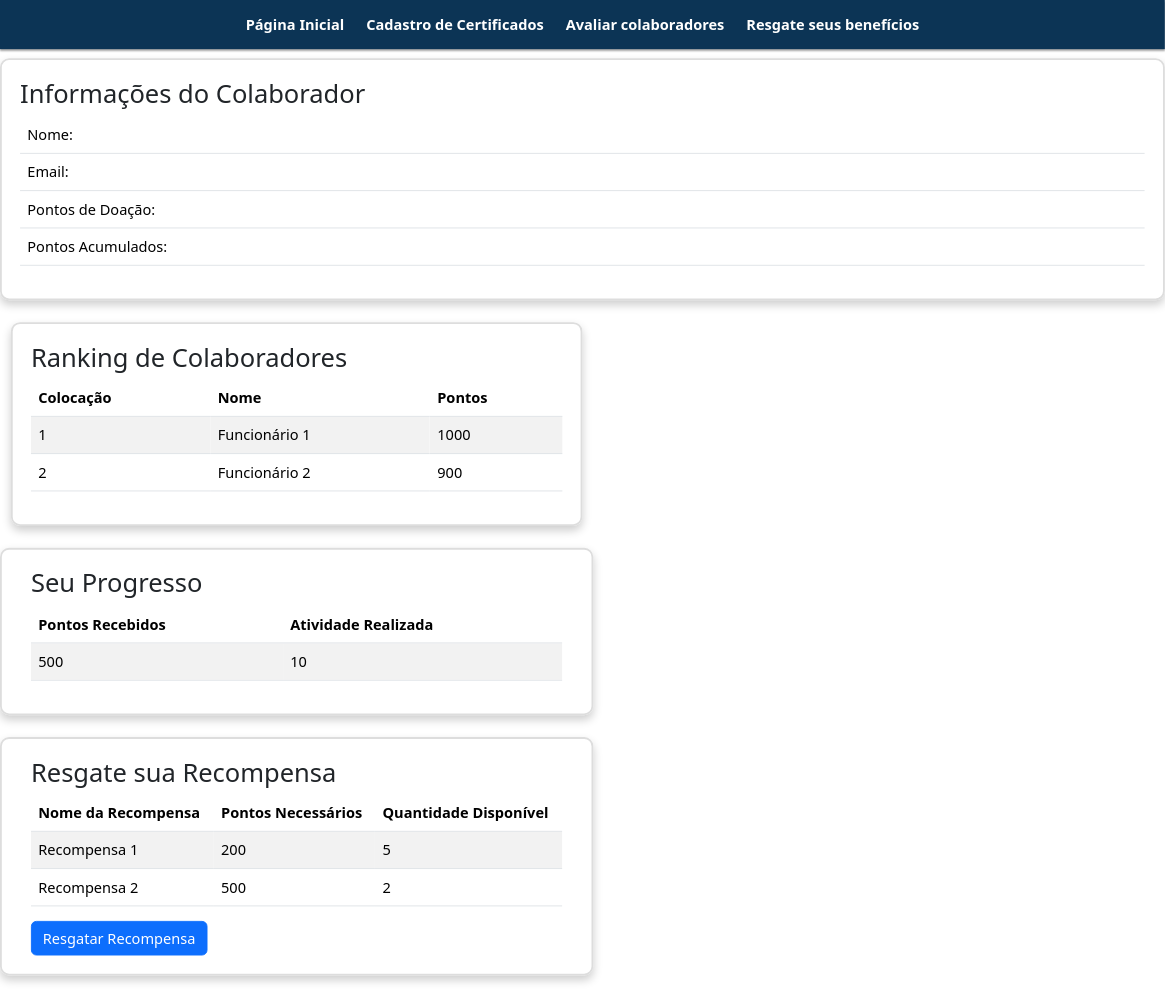
Repository: mumuryllo/ProjetoZupPointsCatalisa5
Page: ZuPointsCatalisa5 Front-End/colaborador.html
The author's editor kept a copy of each file at every save. The page is drawn from the files as they stood at one save, then again after the next save.
The browser window is 1280 px wide. The pictures show the whole page, at 91% of full size.
The page's requests for data from a server got no answer.

Above is the page before, as saved 2023-10-12 17:42:42.

### ZuPointsCatalisa5 Front-End/colaborador.html
<!DOCTYPE html>
<html lang="en">
<head>
    <meta charset="UTF-8">
    <meta name="viewport" content="width=device-width, initial-scale=1.0">
    <title>Página de Funcionários</title>

    <link href="https://cdn.jsdelivr.net/npm/bootstrap@5.3.2/dist/css/bootstrap.min.css" rel="stylesheet"
        integrity="sha384-T3c6CoIi6uLrA9TneNEoa7RxnatzjcDSCmG1MXxSR1GAsXEV/Dwwykc2MPK8M2HN" crossorigin="anonymous">

    <link rel="stylesheet" href="style/nav-bar.css">

    <!-- Custom CSS for Styling -->
    <style>
        .custom-border {
            border: 2px solid #ddd;
            border-radius: 10px;
            padding: 20px;
            box-shadow: 0px 5px 10px rgba(0, 0, 0, 0.2);
        }
        .mb-4 {
            margin-bottom: 2rem;
        }
    </style>
</head>
<body>
    <!-- Cabeçalho -->
    <nav>
        <a href="index.html">Página Inicial</a>
        <a href="./cadastro_certificado.html">Cadastro de Certificados</a>
        <a href="avaliar_colaboradores.html"> Avaliar colaboradores</a>
        <a href="buscarEspecifico.html">Resgate seus benefícios</a>
    </nav>

    <div class="container-fluid">
        <div class="row">
            <!-- Informações do Colaborador -->
            <div class="col-md-12 custom-border mb-4">
                <h3>Informações do Colaborador</h3>
                <div class="table-responsive">
                    <table class="table">
                        <tbody>
                            <tr>
                                <td>Nome:</td>
                            </tr>
                            <tr>
                                <td>Email:</td>
                            </tr>
                            <tr>
                                <td>Pontos de Doação:</td>
                            </tr>
                            <tr>
                                <td>Pontos Acumulados:</td>
                            </tr>
                            <!-- Adicione mais informações conforme necessário -->
                        </tbody>
                    </table>
                </div>
            </div>
        </div>

        <!-- Coluna da esquerda com o ranking -->
        <div class="col-md-6 custom-border mb-4">
            <h3>Ranking de Colaboradores</h3>
            <table class="table table-striped">
                <thead>
                    <tr>
                        <th>Colocação</th>
                        <th>Nome</th>
                        <th>Pontos</th>
                    </tr>
                </thead>
                <tbody>
                    <tr>
                        <td>1</td>
                        <td>Funcionário 1</td>
                        <td>1000</td>
                    </tr>
                    <tr>
                        <td>2</td>
                        <td>Funcionário 2</td>
                        <td>900</td>
                    </tr>
                    <!-- Adicione mais linhas conforme necessário -->
                </tbody>
            </table>
        </div>

        <!-- Coluna da direita com divisão vertical -->
        <div class="col-md-6">
            <!-- Parte superior - Seu Progresso -->
            <div class="row justify-content-center custom-border mb-4" style="max-height: 50vh; overflow-y: auto;">
                <div class="col-12">
                    <h3>Seu Progresso</h3>
                    <div class="table-responsive">
                        <table class="table table-striped">
                            <thead>
                                <tr>
                                    <th>Pontos Recebidos</th>
                                    <th>Atividade Realizada</th>
                                </tr>
                            </thead>
                            <tbody>
                                <tr>
                                    <td>500</td>
                                    <td>10</td>
                                </tr>
                                <!-- Adicione mais linhas conforme necessário -->
                            </tbody>
                        </table>
                    </div>
                </div>
            </div>

            <!-- Divisão vertical -->
            <div class="row">
                <div class="col-12 border-right">
                    <!-- Parte inferior - Resgate sua Recompensa -->
                    <div class="row justify-content-center custom-border mb-4" style="max-height: 50vh; overflow-y: auto;">
                        <div class="col-12">
                            <h3>Resgate sua Recompensa</h3>
                            <div class="table-responsive">
                                <table class="table table-striped">
                                    <thead>
                                        <tr>
                                            <th>Nome da Recompensa</th>
                                            <th>Pontos Necessários</th>
                                            <th>Quantidade Disponível</th>
                                        </tr>
                                    </thead>
                                    <tbody>
                                        <tr>
                                            <td>Recompensa 1</td>
                                            <td>200</td>
                                            <td>5</td>
                                        </tr>
                                        <tr>
                                            <td>Recompensa 2</td>
                                            <td>500</td>
                                            <td>2</td>
                                        </tr>
                                        <!-- Adicione mais linhas conforme necessário -->
                                    </tbody>
                                </table>
                            </div>
                            <button class="btn btn-primary text-center">Resgatar Recompensa</button>
                        </div>
                    </div>
                </div>
            </div>
        </div>
    </div>
    <script src="./js/listarInfoColaboradores.js"></script>
    <script src="./js/listarCertificado.js"></script>
    <script src="https://cdn.jsdelivr.net/npm/bootstrap@5.3.2/dist/js/bootstrap.bundle.min.js" integrity="sha384-C6RzsynM9kWDrMNeT87bh95OGNyZPhcTNXj1NW7RuBCsyN/o0jlpcV8Qyq46cDfL" crossorigin="anonymous"></script>
</body>
</html>

### ZuPointsCatalisa5 Front-End/style/nav-bar.css
:root {
    --cor0: #0e1a33;
    --cor1: #061b2c;
    --cor2: #0c3455;
    --cor3: #8dc63F;
    --cor4: #40ba84;
    --cor5: #ef4123;
    --cor6: #f7941e;
    --cor7: #909090;
    --cor8: #ffffff;

    --fonte-padrao: Arial, Verdana, Helvetica, sans-serif;
    --fonte-destaque: 'Bebas Neue', cursive;
}

header {
    background-image: linear-gradient(to bottom, var(--cor0), var(--cor2));
    text-align: center;
    min-height: 150px;
    padding-top: 30px;
}

header>h1 {
    color: var(--cor8);
    font-weight: normal;
    font-size: 3em;
    margin-bottom: 20px;
    text-shadow: 2px 2px 0 rgba(0, 0, 0, 0.466);
}

header>p {
    color: var(--cor8);
    font-size: 1.2em;
    padding-left: 10px;
    padding-right: 10px;
    margin: auto;
    padding-bottom: 20px;
    text-shadow: 2px 2px 0 rgba(0, 0, 0, 0.466);
}

nav {
    background-color: var(--cor2);
    padding: 15px;
    box-shadow: 0px 2px 2px #0000005b;
    text-align: center;
    margin-bottom: 10px;
}

nav a {
    color: var(--cor8);
    padding: 10px;
    text-decoration: none;
    font-weight: bold;
    transition-duration: 0.5s;
}

nav a:hover {
    border-bottom: 5px solid var(--cor3);
    padding-bottom: 2px;
    text-decoration: none;/
}

### ZuPointsCatalisa5 Front-End/js/listarInfoColaboradores.js
document.addEventListener("DOMContentLoaded", function () {
    function fetchColaboradorData() {
        const colaboradorId = localStorage.getItem('id');
        const url = `http://localhost:8080/colaboradores/${colaboradorId}`;
        const token =  localStorage.getItem('token'); // Substitua pelo seu token Bearer válido

        fetch(url, {
            headers: {
                'Authorization': `Bearer ${token}`
            }
        })
            .then(response => {
                if (!response.ok) {
                    throw new Error(`Erro na requisição: ${response.status} - ${response.statusText}`);
                }
                return response.json();
            })
            .then(data => {
                // Substitua os IDs dos elementos abaixo pelos IDs corretos em seu HTML
                document.getElementById('nomeColaborador').textContent = data.nome;
                document.getElementById('emailColaborador').textContent = data.email;
                document.getElementById('pontosDoacao').textContent = data.pontosDoacao;
                document.getElementById('pontosAcumulados').textContent = data.pontosAcumulados;
            })
            .catch(error => {
                console.error('Erro na requisição:', error);
            });
    }

    fetchColaboradorData();
});

### ZuPointsCatalisa5 Front-End/js/listarCertificado.js
document.addEventListener('DOMContentLoaded', function () {
    const token = localStorage.getItem('token');
    const userId = localStorage.getItem('id');

    fetch(`http://localhost:8080/certificados?colaborador_id=${userId}`, {
      method: 'GET',
      headers: {
        'Authorization': `Bearer ${token}`
      }
    })
      .then(response => {
        if (response.ok) {
          return response.json();
        } else {
          throw new Error('Falha na requisição');
        }
      })
      .then(certificados => {
        const certificadosAccordion = document.querySelector('#certificadosAccordion');

        certificados.forEach(certificado => {
          const certificadoItem = document.createElement('div');
          certificadoItem.className = 'accordion-item';

          if(certificado.colaborador.id==userId){

            certificadoItem.innerHTML = `
            <h2 class="accordion-header" id="certificado${certificado.id}Heading">
              <button class="accordion-button" type="button" data-bs-toggle="collapse" data-bs-target="#certificado${certificado.id}Collapse" aria-expanded="true" aria-controls="certificado${certificado.id}Collapse">
                Certificado ${certificado.nome}
              </button>
            </h2>
            <div id="certificado${certificado.id}Collapse" class="accordion-collapse collapse" aria-labelledby="certificado${certificado.id}Heading" data-bs-parent="#certificadosAccordion">
              <div class="accordion-body">
                <p><strong>Nome:</strong> ${certificado.nome}</p>
                <p><strong>Link:</strong> <a href="${certificado.link}">${certificado.link}</a></p>
                <p><strong>Número de Credencial:</strong> ${certificado.numero_credencial}</p>
                <p><strong>Tipo de Certificado:</strong> ${certificado.tipo_certificado}</p>
                <p><strong>Validação Certificado:</strong> ${certificado.certificado_valido}</p>
              </div>
            </div>
          `;

          certificadosAccordion.appendChild(certificadoItem);
          }

        });
      })
      .catch(error => {
        console.error('Ocorreu um erro:', error);
      });
  });

After the next save:
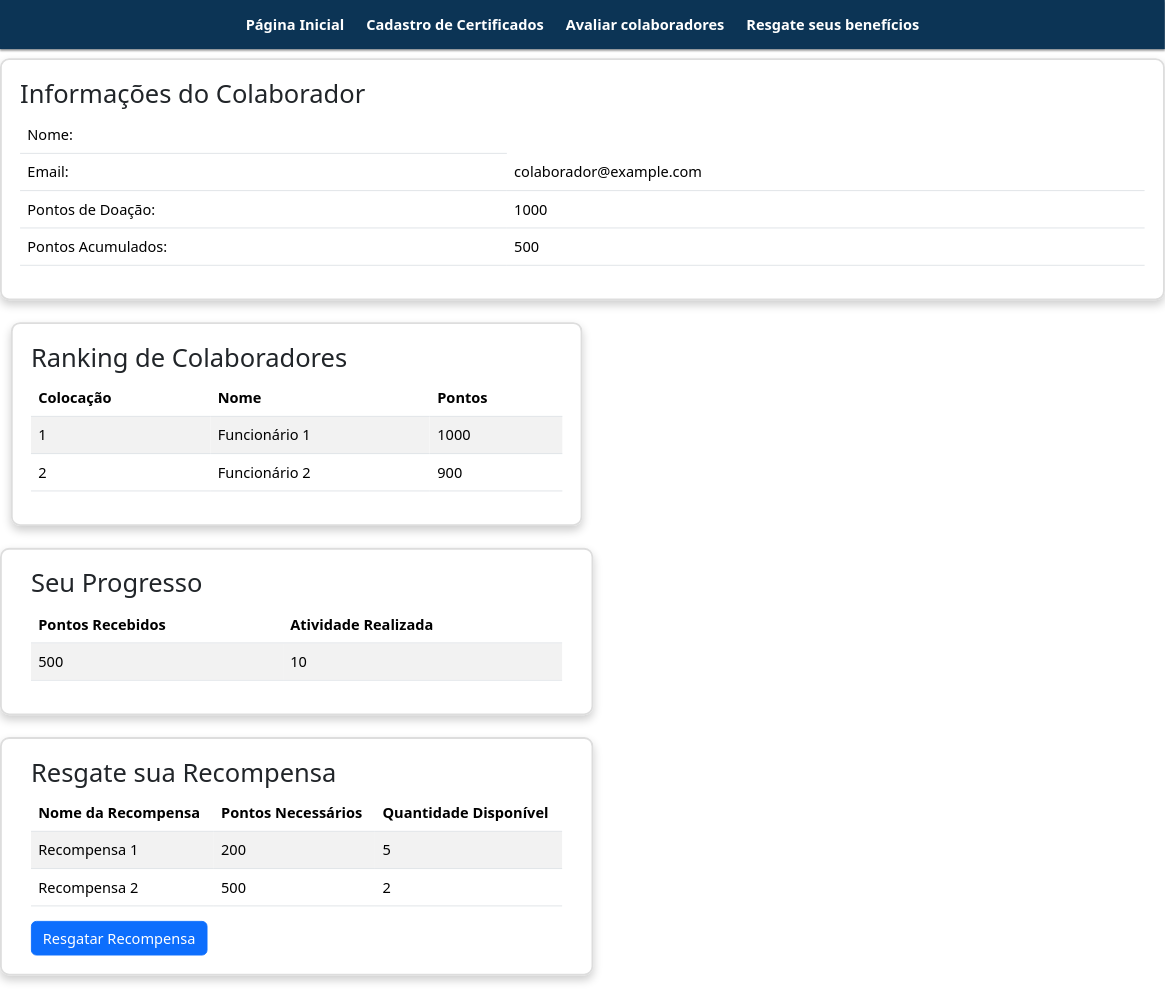
Saved 10 s later.
--- a/ZuPointsCatalisa5 Front-End/colaborador.html
+++ b/ZuPointsCatalisa5 Front-End/colaborador.html
@@ -45,12 +45,15 @@
                             </tr>
                             <tr>
                                 <td>Email:</td>
+                                <td>colaborador@example.com</td>
                             </tr>
                             <tr>
                                 <td>Pontos de Doação:</td>
+                                <td>1000</td>
                             </tr>
                             <tr>
                                 <td>Pontos Acumulados:</td>
+                                <td>500</td>
                             </tr>
                             <!-- Adicione mais informações conforme necessário -->
                         </tbody>
